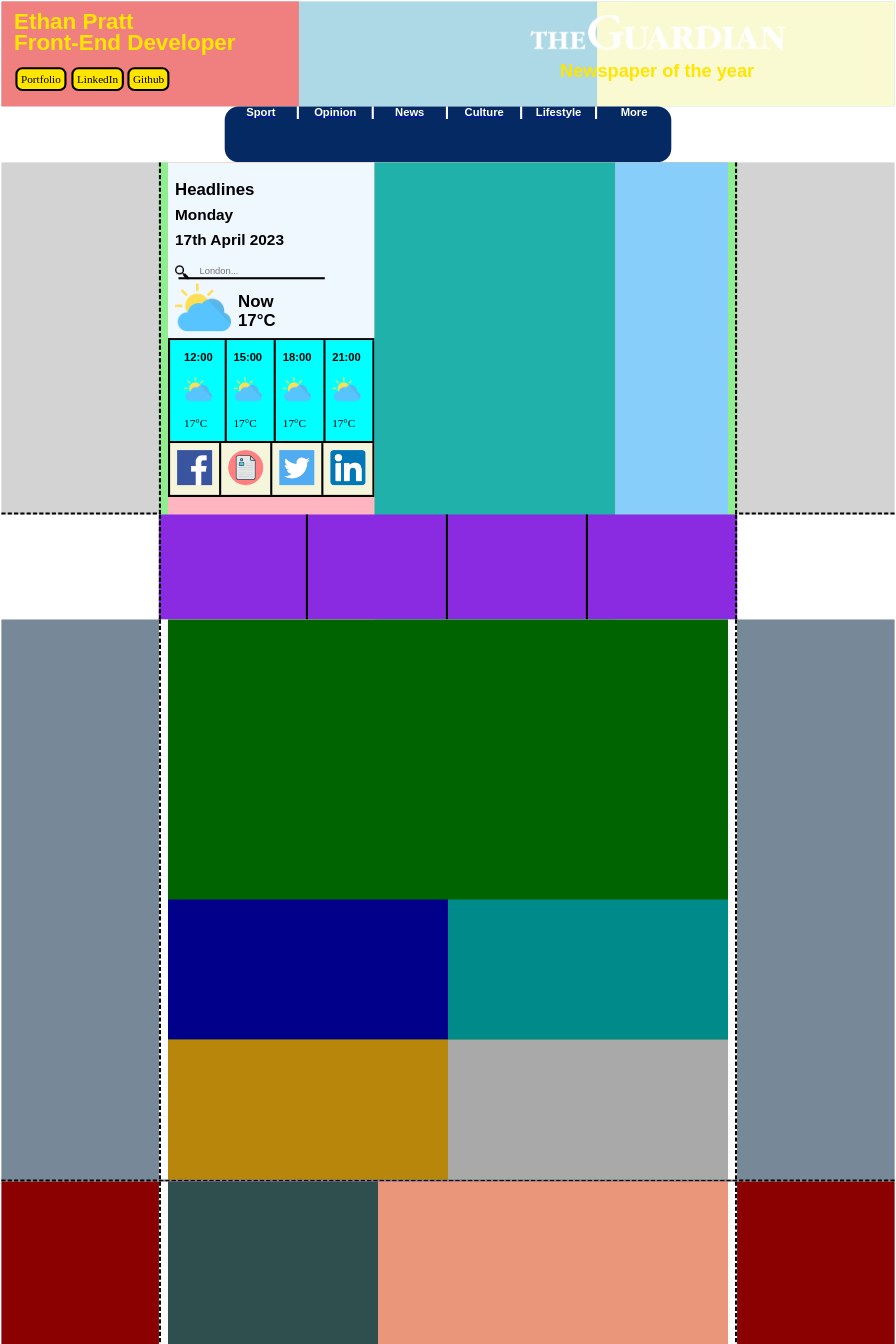
Repository: ghend99/News-Media
Page: index.html
An editor plug-in stored every save of this project. The page is shown before and after the next save, followed by the edit.
The browser window is 1280 px wide. The pictures show the part of the page from y = 0 to 1920 px (the page is 3765 px tall), at 70% of full size.
Some web fonts or font styles are not loaded; a fallback is used.

Above is the page before, as saved 2023-05-07 17:00:58.

After the next save:
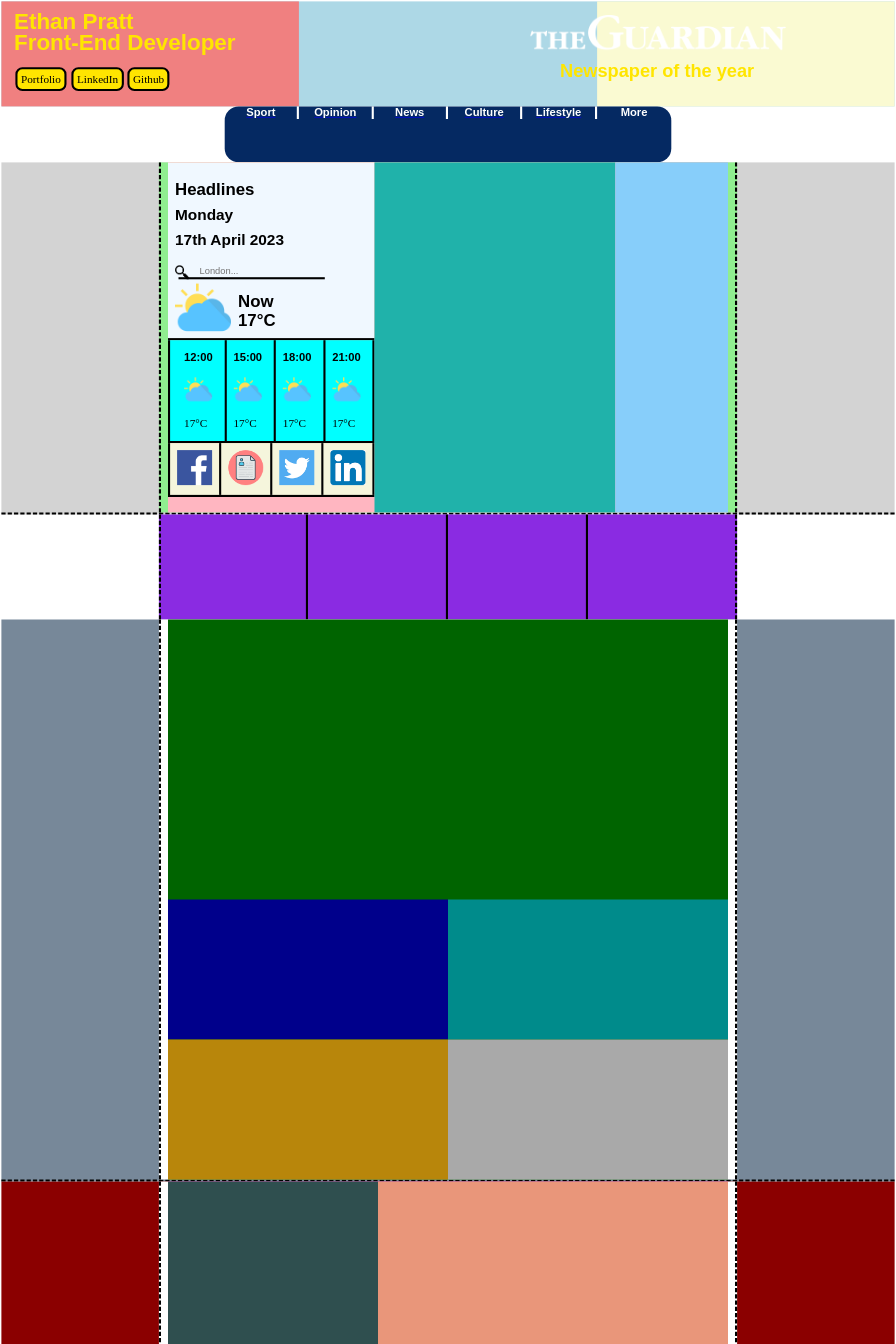
Saved 15 s later.
--- a/style.css
+++ b/style.css
@@ -150,7 +150,7 @@
   width: 100%;
   min-width: 304px;
   max-height: 900px;
-  min-height: 800px;
+  min-height: 500px;
   background-color: lightpink;
 }
 
